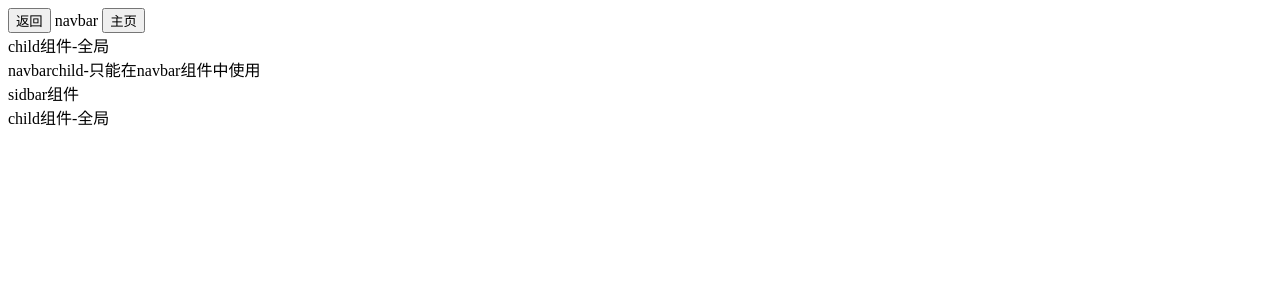
Repository: xiemin2161/mytest
Page: 01-组件.html
These files come from the project's save history. The page is drawn as it stood at one moment and after the next save; the edit follows.
The browser window is 1280 px wide. The pictures show the whole page.

Above is the page before, as saved 2023-02-01 17:12:00.

### 01-组件.html
<!DOCTYPE html>
<html>
  <head>
    <meta charset="utf-8" />
    <meta http-equiv="X-UA-Compatible" content="IE=edge,chrome=1" />
    <title>Examples</title>
    <meta name="description" content="" />
    <meta name="keywords" content="" />
    <link href="" rel="stylesheet" />
    <style>
      .navbar {
        background: red;
      }
    </style>
    <script type="text/javascript" src="lib/vue.js"></script>
  </head>
  <body>
    <div id="box">
      <navbar></navbar>
      <sidbar></sidbar>
    </div>

    <script type="text/javascript">
      //1、全局定义组件（作用域隔离）
      Vue.component("navbar", {
        template: `
        <div>
          <button @click="handleback()">返回</button>
          navbar
          <button>主页</button>
          <child></child>
          <navbarchild></navbarchild>
        </div>
          `,
        methods: {
          handleback() {
            console.log("back");
          },
        },
        data() {
          return {
            navbarname: "navbarname",
          };
        },
        //局部定义组件
        components: {
          navbarchild: {
            template: `
              <div>navbarchild-只能在navbar组件中使用</div>
            `,
          },
        },
      });

      Vue.component("child", {
        template: `
          <div>child组件-全局</div>
        `,
      });

      Vue.component("sidbar", {
        template: `
          <div>
            sidbar组件
            <child></child>
            <navbarchild></navbarchild>
        `,
      });
      new Vue({
        el: "#box",
      }); //root component  //root根组件
    </script>
  </body>
</html>

Loaded but not shown: lib/vue.js (library)

After the next save:
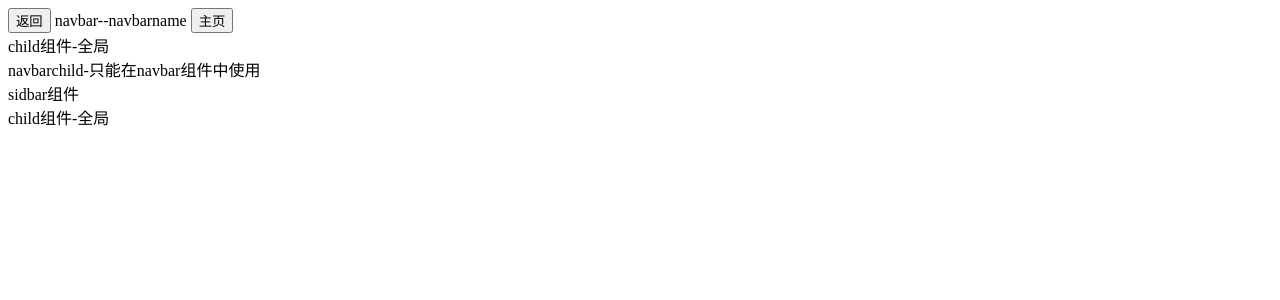
Saved 29 s later.
--- a/01-组件.html
+++ b/01-组件.html
@@ -26,7 +26,7 @@
         template: `
         <div>
           <button @click="handleback()">返回</button>
-          navbar
+          navbar--{{navbarname}}
           <button>主页</button>
           <child></child>
           <navbarchild></navbarchild>
